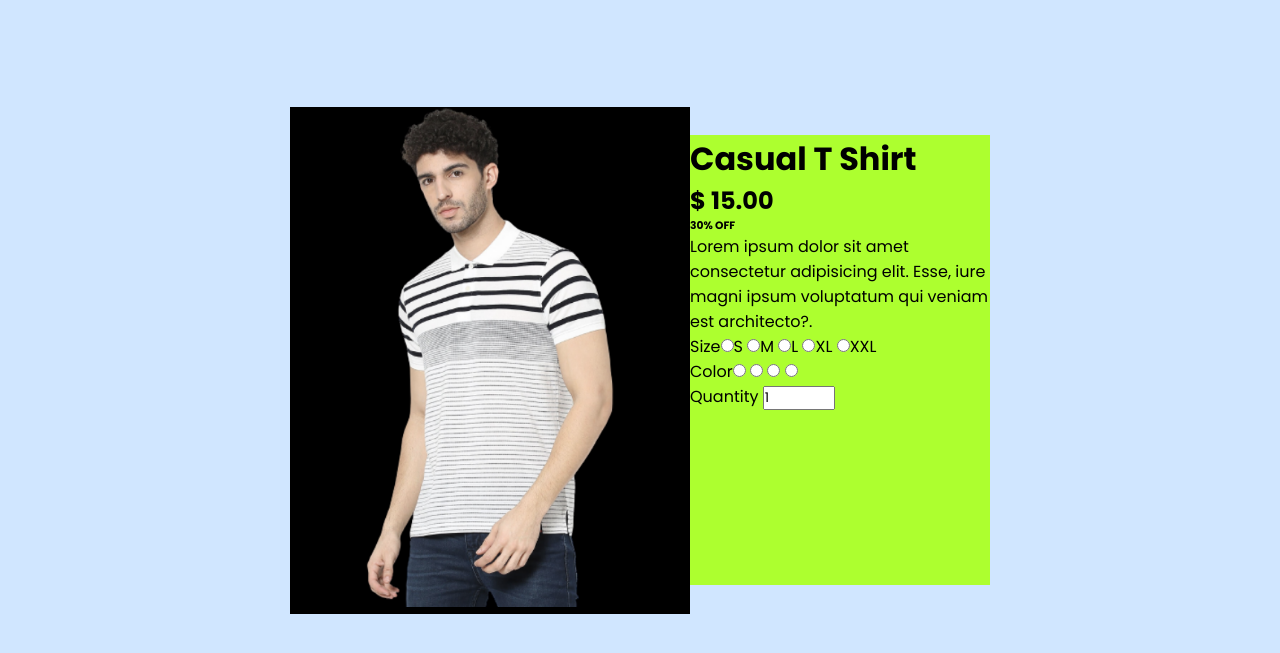
Repository: Ankitkr2021/Product-Page
Page: index.html
The author's editor kept a copy of each file at every save. The page is drawn from the files as they stood at one save, then again after the next save.
The browser window is 1280 px wide. The pictures show the whole page.

Above is the page before, as saved 2025-10-24 10:47:35.

After the next save:
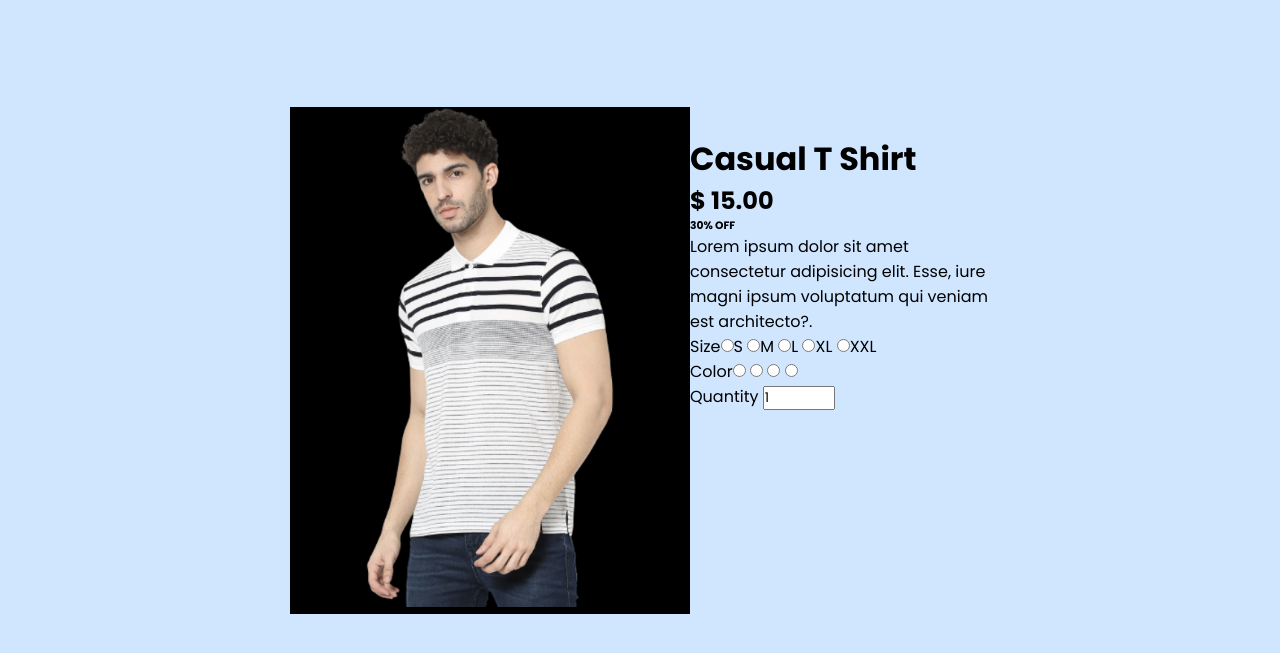
Saved 11 s later.
--- a/style.css
+++ b/style.css
@@ -28,6 +28,5 @@
 .right{
     height: 450px;
     width: 300px;
-    background: greenyellow;
-
+    /* background: greenyellow; */
 }
